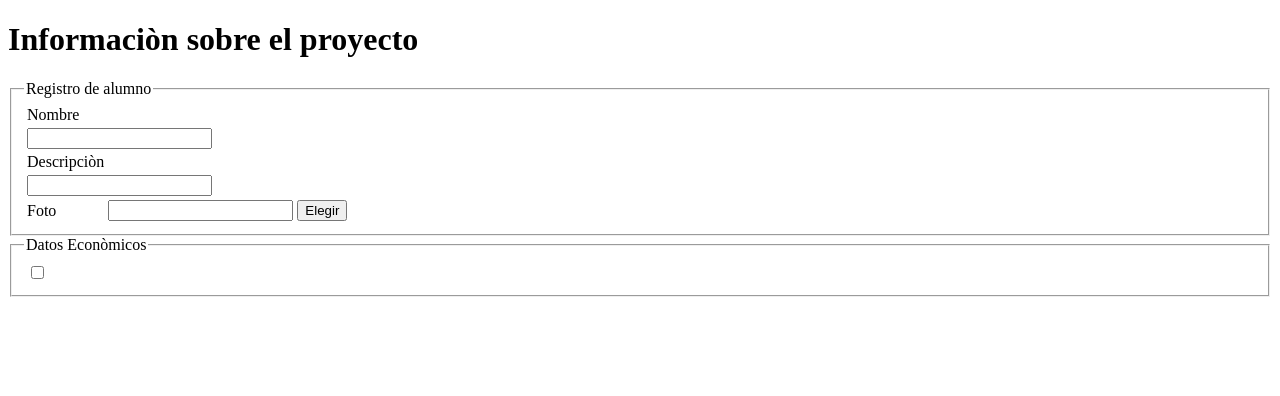
Repository: hoscanoa/Clases-LPII
Page: LPIISemana01/LPII-Semana01/WebContent/inicio.html
The author's editor kept a copy of each file at every save. The page is drawn from the files as they stood at one save, then again after the next save.
The browser window is 1280 px wide. The pictures show the whole page.

Above is the page before, as saved 2014-09-18 22:04:45.

### LPIISemana01/LPII-Semana01/WebContent/inicio.html
<!DOCTYPE html PUBLIC "-//W3C//DTD HTML 4.01 Transitional//EN" "http://www.w3.org/TR/html4/loose.dtd">
<html>
<head>
<meta http-equiv="Content-Type" content="text/html; charset=ISO-8859-1">
<title>Insert title here</title>
</head>
<body>
	<h1>Informaciòn sobre el proyecto</h1>
	<form action="">
		<fieldset>
			<legend>Registro de alumno</legend>
			<table>
				<tr>
					<td>Nombre</td>
				</tr>
				<tr>
					<td colspan="2"><input type="text" name="nombre"></td>
				</tr>
				<tr>
					<td>Descripciòn</td>
				</tr>
				<tr>
					<td colspan="2"><input type="text" name="descripcion">
					</td>
				</tr>

				<tr>
					<td>Foto</td>

					<td><input type="text" name="descripcion"></td>
					<td><input type="button" value="Elegir"></td>
				</tr>

			</table>
		</fieldset>
		<fieldset>
			<legend>Datos Econòmicos</legend>
			<table>
				<tr>
					<td><input type="checkbox" value="Añadir contador de visitas">
					</td>
				</tr>
			</table>
		</fieldset>
	</form>

</body>
</html>

After the next save:
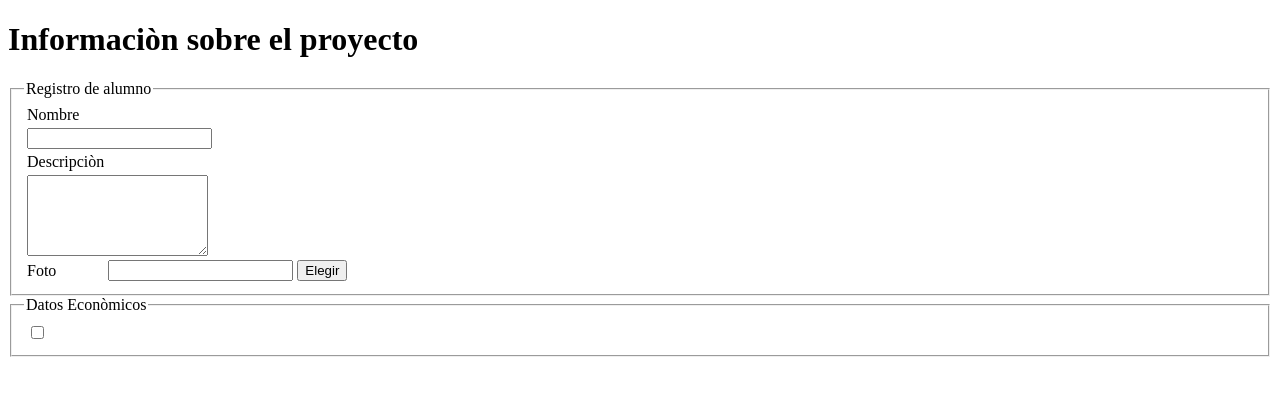
Saved 107 s later.
--- a/LPIISemana01/LPII-Semana01/WebContent/inicio.html
+++ b/LPIISemana01/LPII-Semana01/WebContent/inicio.html
@@ -20,14 +20,14 @@
 					<td>Descripciòn</td>
 				</tr>
 				<tr>
-					<td colspan="2"><input type="text" name="descripcion">
+					<td colspan="2"><textarea rows="5" name="descripcion"></textarea>
 					</td>
 				</tr>
 
 				<tr>
 					<td>Foto</td>
 
-					<td><input type="text" name="descripcion"></td>
+					<td><input type="text"  name="descripcion"></td>
 					<td><input type="button" value="Elegir"></td>
 				</tr>
 
